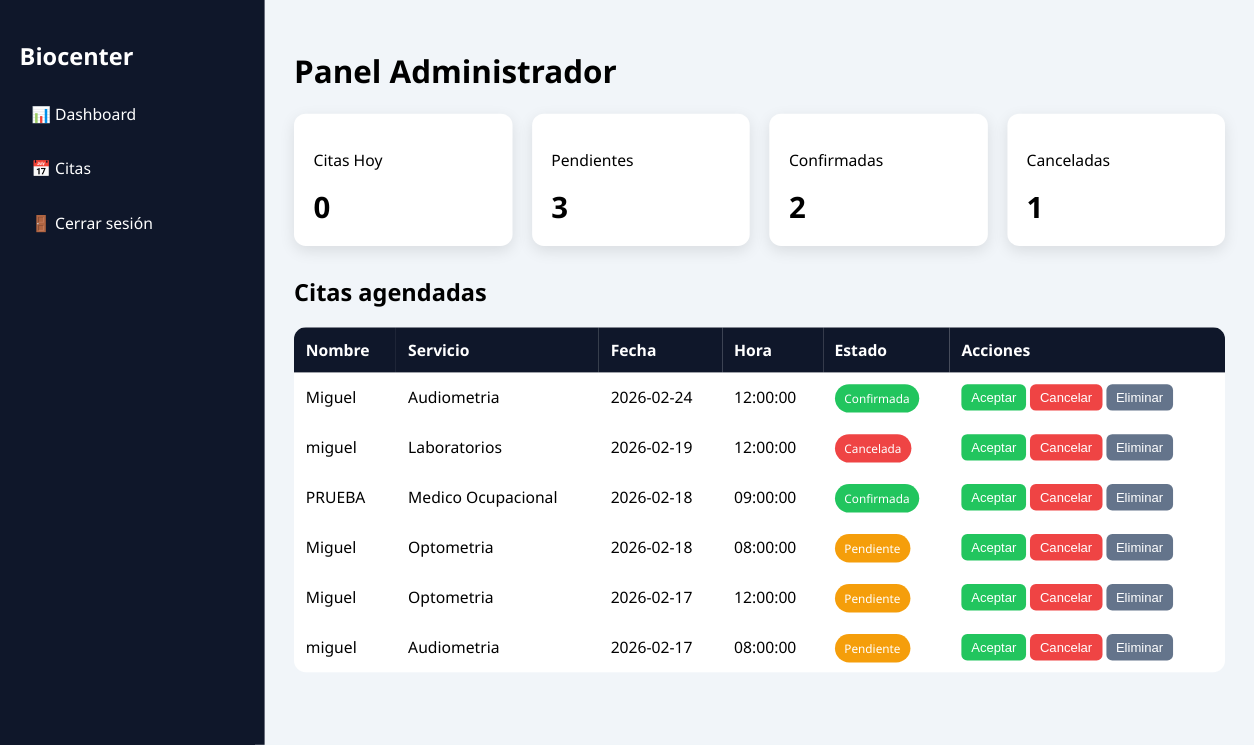
Repository: Miguelperdomo/Biocenter
Page: http://localhost/public_html/PHP/panel.php
The author's editor kept a copy of each file at every save. The page is drawn from the files as they stood at one save, then again after a run of saves.
The browser window is 1280 px wide. The pictures show the whole page, at 98% of full size.
The page is run by PHP 8.4 with error messages shown; the project is at /var/www/html/. The session is filled in as if someone had signed in: {"admin": {"id": 1, "usuario": "admin", "email": "perdomomiguel2004@gmail.com"}}. Other server files are loaded and not shown. The database holds what the project's SQL file puts in it.

Above is the page before, as saved 2026-02-17 14:33:22.

### PHP/panel.php
<?php
session_start();
require "../conection/conexion.php";

if(!isset($_SESSION['admin'])){
    header("Location: ../login.php");
    exit();
}

/* CONTADORES */
$hoy = date("Y-m-d");

$citasHoy = $conn->query("SELECT COUNT(*) total FROM citas WHERE fecha='$hoy'")->fetch_assoc()['total'];
$pendientes = $conn->query("SELECT COUNT(*) total FROM citas WHERE estado='Pendiente'")->fetch_assoc()['total'];
$confirmadas = $conn->query("SELECT COUNT(*) total FROM citas WHERE estado='Confirmada'")->fetch_assoc()['total'];
$canceladas = $conn->query("SELECT COUNT(*) total FROM citas WHERE estado='Cancelada'")->fetch_assoc()['total'];

/* LISTAR CITAS */
$citas = $conn->query("SELECT * FROM citas ORDER BY fecha DESC, hora DESC");
?>

<!DOCTYPE html>
<html lang="es">
<head>
<meta charset="UTF-8">
<meta name="viewport" content="width=device-width, initial-scale=1.0">
<title>Panel Admin</title>

<style>
body{margin:0;font-family:'Segoe UI';display:flex;background:#f1f5f9;}
.sidebar{width:230px;background:#0f172a;height:100vh;color:white;padding:20px;}
.sidebar a{display:block;color:white;text-decoration:none;padding:12px;margin:10px 0;border-radius:6px;}
.sidebar a:hover{background:#2563eb;}
.main{flex:1;padding:30px;}

.cards{display:grid;grid-template-columns:repeat(auto-fit,minmax(200px,1fr));gap:20px;margin-bottom:30px;}
.card{background:white;padding:20px;border-radius:12px;box-shadow:0 5px 15px rgba(0,0,0,.1);}
.card h3{margin:0;font-size:30px;}

table{width:100%;border-collapse:collapse;background:white;border-radius:12px;overflow:hidden;}
th,td{padding:12px;text-align:left;}
th{background:#0f172a;color:white;}

.estado{
    padding:6px 10px;
    border-radius:20px;
    color:white;
    font-size:12px;
}
.pendiente{background:#f59e0b;}
.confirmada{background:#22c55e;}
.cancelada{background:#ef4444;}

.btn{padding:6px 10px;border:none;border-radius:6px;color:white;cursor:pointer;}
.accept{background:#22c55e;}
.cancel{background:#ef4444;}
.delete{background:#64748b;}


/* ================= RESPONSIVE PANEL ================= */

@media(max-width: 900px){

    body{
        flex-direction:column;
    }

    .sidebar{
        width:100%;
        height:auto;
        display:flex;
        justify-content:space-around;
        align-items:center;
        padding:10px;
    }

    .sidebar h2{
        display:none;
    }

    .sidebar a{
        margin:0;
        font-size:14px;
        padding:10px;
    }

    .main{
        padding:15px;
    }

    .cards{
        grid-template-columns:1fr 1fr;
        gap:10px;
    }

}

/* ================= TABLA RESPONSIVE ================= */

@media(max-width:700px){

    .cards{
        grid-template-columns:1fr;
    }

    table{
        display:block;
        overflow-x:auto;
        white-space:nowrap;
    }

    th,td{
        font-size:14px;
        padding:10px;
    }

}

/* ================= BOTONES MOVIL ================= */

@media(max-width:500px){

    .btn{
        display:block;
        width:100%;
        margin-bottom:5px;
    }

}



</style>
</head>

<body>

<div class="sidebar">
<h2>Biocenter</h2>
<a href="#">📊 Dashboard</a>
<a href="#">📅 Citas</a>
<a href="logout.php">🚪 Cerrar sesión</a>
</div>

<div class="main">

<h1>Panel Administrador</h1>

<!-- CONTADORES -->
<div class="cards">
<div class="card"><p>Citas Hoy</p><h3><?=$citasHoy?></h3></div>
<div class="card"><p>Pendientes</p><h3><?=$pendientes?></h3></div>
<div class="card"><p>Confirmadas</p><h3><?=$confirmadas?></h3></div>
<div class="card"><p>Canceladas</p><h3><?=$canceladas?></h3></div>
</div>

<h2>Citas agendadas</h2>

<table>
<tr>
<th>Nombre</th>
<th>Servicio</th>
<th>Fecha</th>
<th>Hora</th>
<th>Estado</th>
<th>Acciones</th>
</tr>

<?php while($row=$citas->fetch_assoc()): ?>

<tr>
<td><?=$row['nombre_completo']?></td>
<td><?=$row['tipo_servicio']?></td>
<td><?=$row['fecha']?></td>
<td><?=$row['hora']?></td>

<td>
<span class="estado
<?=
$row['estado']=="Pendiente"?"pendiente":
($row['estado']=="Confirmada"?"confirmada":"cancelada")
?>">
<?=$row['estado']?>
</span>
</td>

<td>

<form action="PHP/accion_cita.php" method="POST" style="display:inline;">
<input type="hidden" name="id" value="<?=$row['id']?>">
<input type="hidden" name="accion" value="confirmar">
<button class="btn accept">Aceptar</button>
</form>

<form action="PHP/accion_cita.php" method="POST" style="display:inline;">
<input type="hidden" name="id" value="<?=$row['id']?>">
<input type="hidden" name="accion" value="cancelar">
<button class="btn cancel">Cancelar</button>
</form>

<form action="PHP/accion_cita.php" method="POST" style="display:inline;">
<input type="hidden" name="id" value="<?=$row['id']?>">
<input type="hidden" name="accion" value="eliminar">
<button class="btn delete">Eliminar</button>
</form>

</td>

</tr>

<?php endwhile; ?>

</table>

</div>
</body>
</html>

### conection/conexion.php
<?php
$host="localhost";
$user="root";
$pass="";
$db="biocenter";

$conn=new mysqli($host,$user,$pass,$db);

if($conn->connect_error){
    die("Error de conexión");
}
?>

### biocenter (2).sql (the tables this page reads)
CREATE TABLE `citas` (
  `id` int(11) NOT NULL,
  `nombre_completo` varchar(150) NOT NULL,
  `email` varchar(120) NOT NULL,
  `telefono` varchar(20) NOT NULL,
  `tipo_servicio` enum('Medico Ocupacional','Optometria','Audiometria','Laboratorios') NOT NULL,
  `tipo_usuario` enum('Persona Natural','Empresa') NOT NULL,
  `fecha` date NOT NULL,
  `hora` time NOT NULL,
  `estado` enum('Pendiente','Confirmada','Cancelada') DEFAULT 'Pendiente',
  `fecha_registro` timestamp NOT NULL DEFAULT current_timestamp(),
  `observaciones` text DEFAULT NULL
) ENGINE=InnoDB DEFAULT CHARSET=utf8mb4 COLLATE=utf8mb4_general_ci;

INSERT INTO `citas` (`id`, `nombre_completo`, `email`, `telefono`, `tipo_servicio`, `tipo_usuario`, `fecha`, `hora`, `estado`, `fecha_registro`, `observaciones`) VALUES
(1, 'Miguel', 'sistemas@gamil.com', '3160539301', 'Optometria', 'Persona Natural', '2026-02-18', '08:00:00', 'Pendiente', '2026-02-17 17:58:15', 'Pruebaaa'),
(2, 'PRUEBA', 'thebugscompile@gmail.com', '3133854821', 'Medico Ocupacional', 'Empresa', '2026-02-18', '09:00:00', 'Confirmada', '2026-02-17 18:01:56', 'Purba'),
(3, 'miguel', 'biocentersaludocupacional@gmail.com', '3123591195', 'Laboratorios', 'Empresa', '2026-02-19', '12:00:00', 'Cancelada', '2026-02-17 18:03:08', 'sdfafaswdfasdf'),
(4, 'Miguel', 'thebugscompile@gmail.com', '3160539301', 'Optometria', 'Empresa', '2026-02-17', '12:00:00', 'Pendiente', '2026-02-17 18:10:38', 'sdds'),
(5, 'miguel', 'biocentersaludocupacional@gmail.com', '3133854821', 'Audiometria', 'Empresa', '2026-02-17', '08:00:00', 'Pendiente', '2026-02-17 18:13:50', 'VJF'),
(6, 'Miguel', 'thebugscompile@gmail.com', '3133854821', 'Audiometria', 'Empresa', '2026-02-24', '12:00:00', 'Confirmada', '2026-02-17 18:19:38', 'prueba');

ALTER TABLE `citas`
  ADD PRIMARY KEY (`id`);

ALTER TABLE `citas`
  MODIFY `id` int(11) NOT NULL AUTO_INCREMENT, AUTO_INCREMENT=8;

After the next 2 saves:
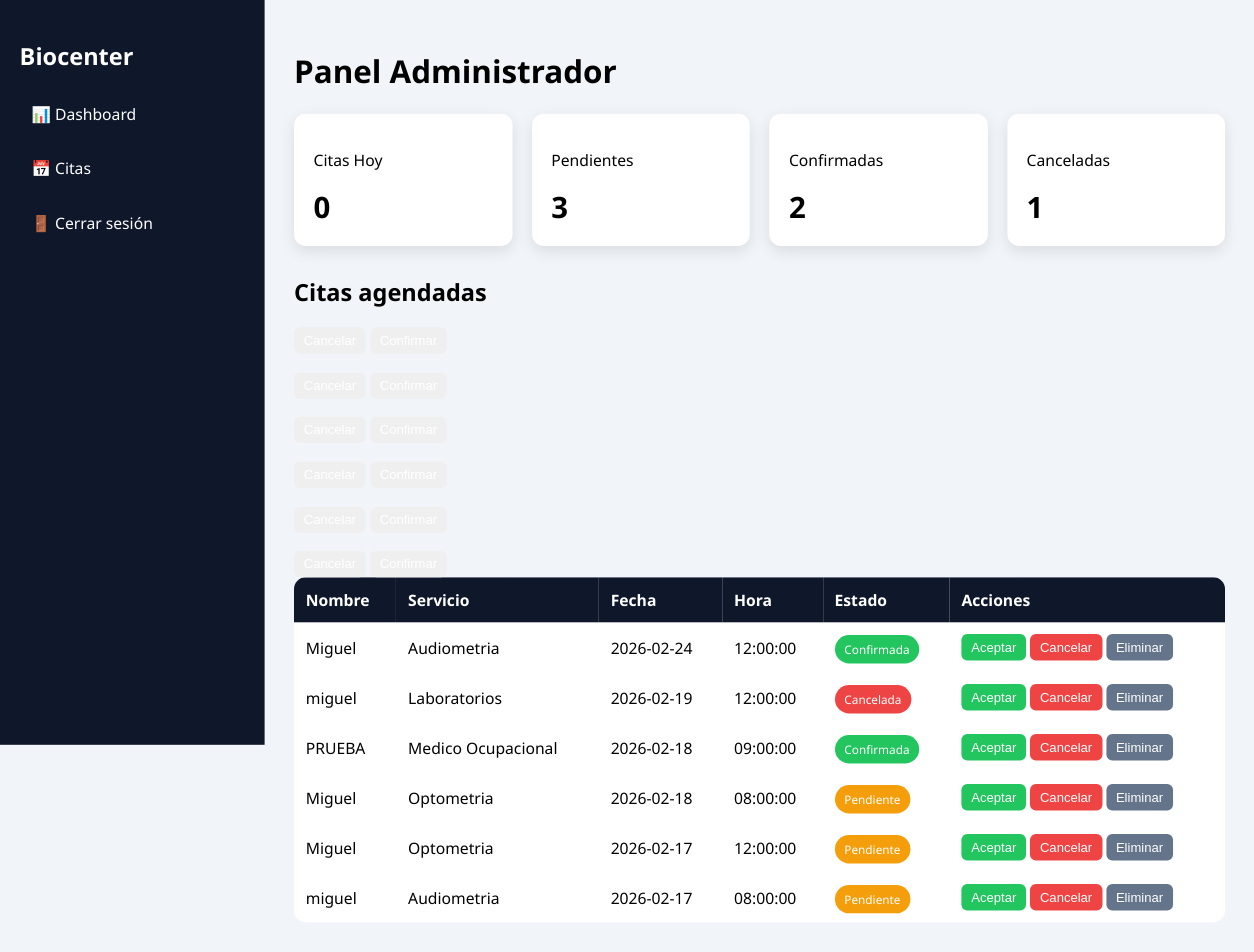
The 2 saves are shown as one change because they came seconds apart.
The last was saved 18 h 43 min later.
--- a/PHP/panel.php
+++ b/PHP/panel.php
@@ -207,6 +207,23 @@
 </td>
 
 </tr>
+<!-- MODAL CONFIRMACION -->
+<div id="modalConfirm" class="modal">
+    <div class="modal-content">
+        <h3 id="modalTitle"></h3>
+        <p id="modalText"></p>
+
+        <form id="formAction" method="POST" action="PHP/accion_cita.php">
+            <input type="hidden" name="id" id="citaId">
+            <input type="hidden" name="accion" id="accionTipo">
+
+            <button type="button" class="btn close" onclick="closeModal()">Cancelar</button>
+            <button class="btn confirm">Confirmar</button>
+        </form>
+    </div>
+</div>
+
+
 
 <?php endwhile; ?>
 

After the 2 saves that followed:
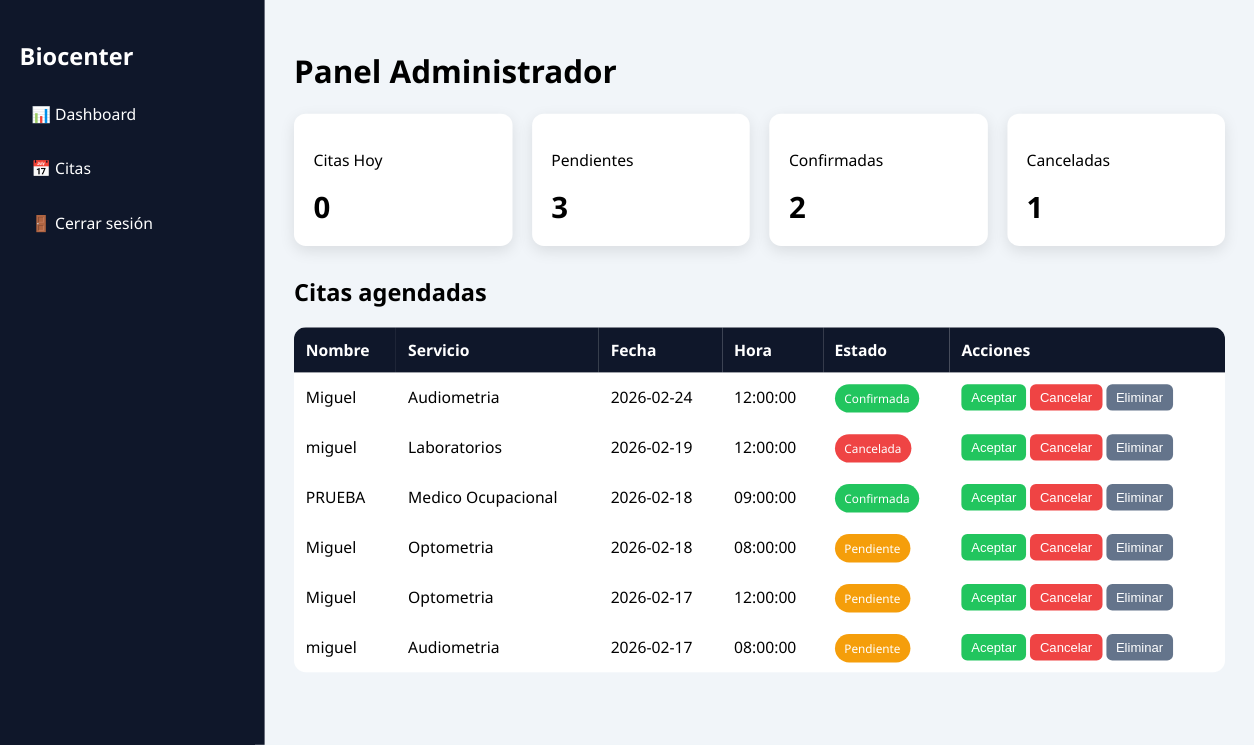
The 2 saves are shown as one change because 1 left the picture as it was.
The last was saved 30 s later.
--- a/PHP/panel.php
+++ b/PHP/panel.php
@@ -94,6 +94,47 @@
     }
 
 }
+
+/* ===== MODAL PROFESIONAL ===== */
+
+.modal{
+    display:none;
+    position:fixed;
+    top:0; left:0;
+    width:100%; height:100%;
+    background:rgba(0,0,0,.6);
+    justify-content:center;
+    align-items:center;
+    z-index:999;
+}
+
+.modal-content{
+    background:white;
+    padding:30px;
+    border-radius:12px;
+    width:350px;
+    text-align:center;
+    animation:fade .3s ease;
+}
+
+@keyframes fade{
+    from{transform:scale(.8);opacity:0;}
+    to{transform:scale(1);opacity:1;}
+}
+
+.modal h3{
+    margin-top:0;
+}
+
+.confirm{
+    background:#2563eb;
+}
+
+.close{
+    background:#64748b;
+    margin-right:10px;
+}
+
 
 /* ================= TABLA RESPONSIVE ================= */
 
@@ -207,7 +248,7 @@
 </td>
 
 </tr>
-<!-- MODAL CONFIRMACION -->
+<!-- MODAL CONFIRMACION ACEPTAR -->
 <div id="modalConfirm" class="modal">
     <div class="modal-content">
         <h3 id="modalTitle"></h3>
